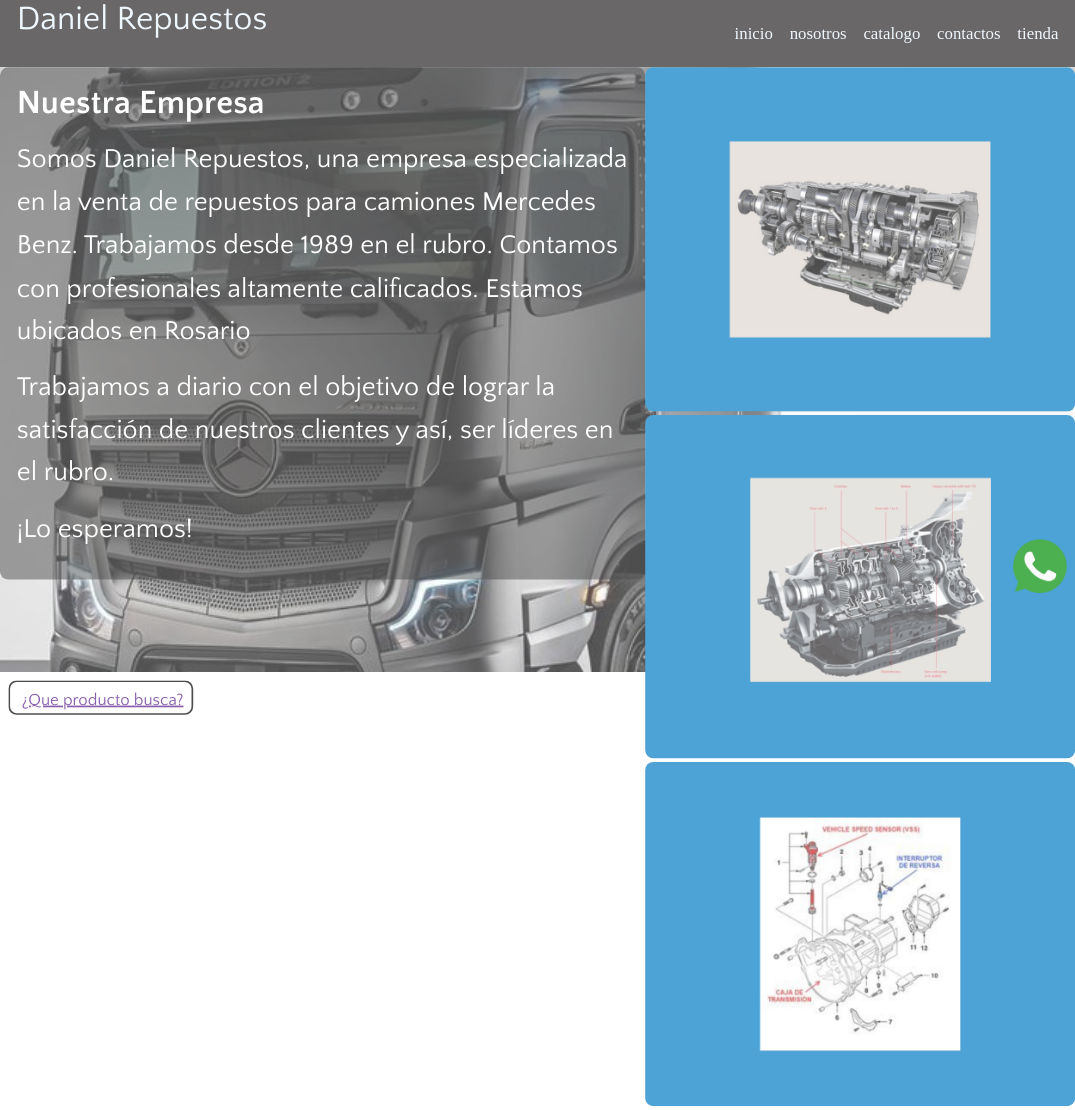
Repository: minesterani/proyecto-caja
Page: pages/nosotros.html
An editor plug-in stored every save of this project. The page is shown before and after the next save, followed by the edit.
The browser window is 1280 px wide. The pictures show the whole page, at 84% of full size.

Above is the page before, as saved 2024-09-18 13:37:00.

After the next save:
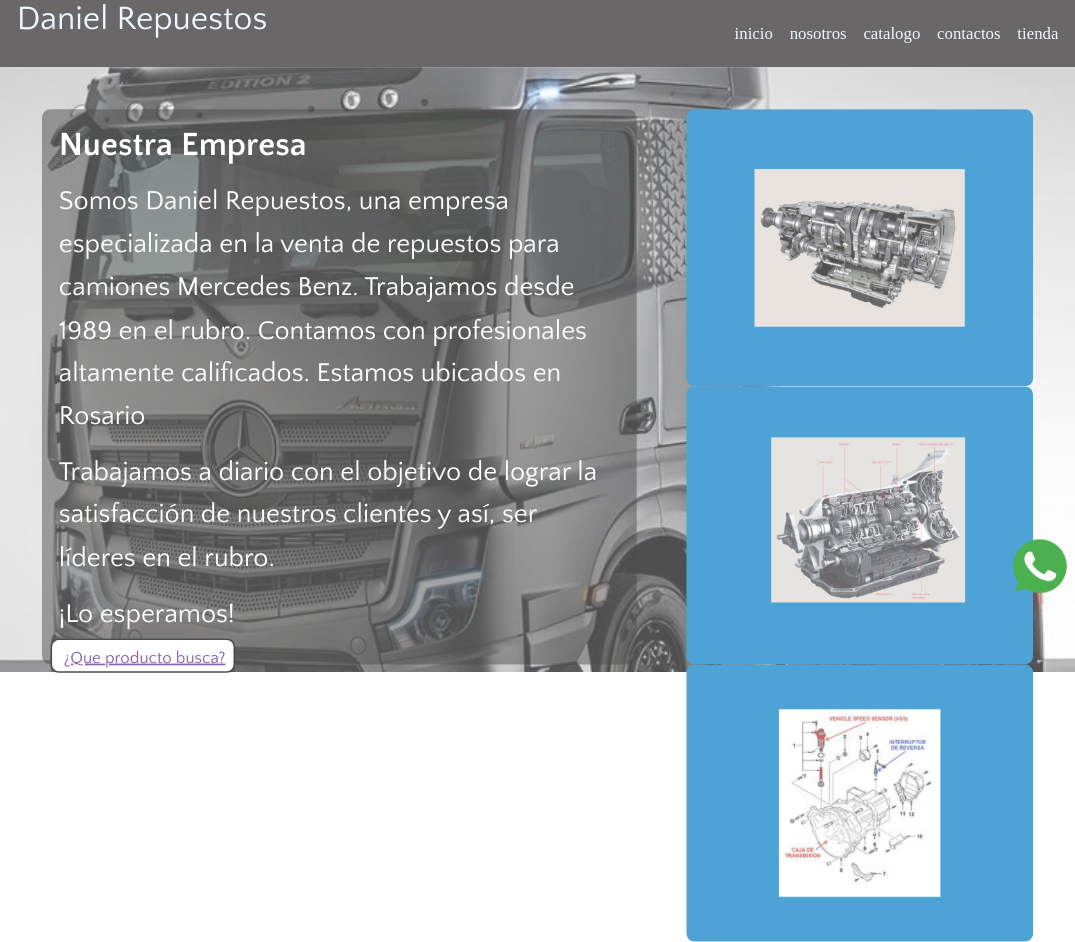
Saved 3 h 5 min later.
--- a/css/style.css
+++ b/css/style.css
@@ -79,6 +79,12 @@
 }
 
 .section-nosotros {
+    position: relative;
+    padding: 50px;
+    background-image: url("../assets/img/mercedes\ gris.jpeg");
+    background-size: cover;
+    background-position: center;
+    background-repeat: no-repeat;
     opacity: 0.7;
     color: white;
     font-family: "Quattrocento Sans", sans-serif;
@@ -90,6 +96,8 @@
     justify-content: space-between;
     align-items: flex-start;
     height: 100%;
+    max-width: 1200px;
+    margin: 0 auto;
 }
 
 .texto-nosotros {
@@ -112,7 +120,10 @@
 }
 
 .imagenes-nosotros {
-    width: 40%;
+    width: 35%;
+    display: flex;
+    flex-direction: column;
+    gap: 10;
 }
 
 .imagenes-nosotros img {
@@ -120,7 +131,7 @@
     height: auto;
     border-radius: 10px;
     object-fit: cover;
-    max-height: 500px;
+
 }
 
 /* Footer */
